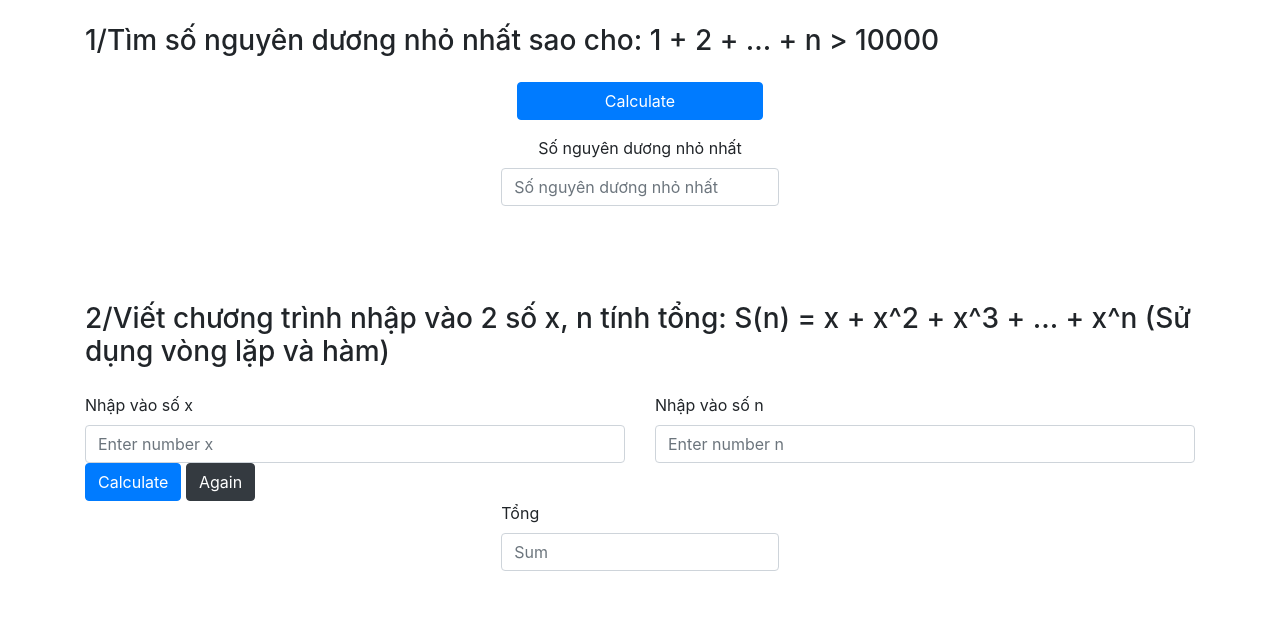
Repository: baobaodeveloper/bootcamp21__loop__HuynhAnhBao
Page: index.html
The author's editor kept a copy of each file at every save. The page is drawn from the files as they stood at one save, then again after the next save.
The browser window is 1280 px wide. The pictures show the whole page.

Above is the page before, as saved 2022-03-16 23:22:37.

### index.html
<!DOCTYPE html>
<html lang="en">
  <head>
    <title>Exercise Js</title>
    <!-- Required meta tags -->
    <meta charset="utf-8" />
    <meta
      name="viewport"
      content="width=device-width, initial-scale=1, shrink-to-fit=no"
    />

    <!-- Bootstrap CSS -->
    <link
      rel="stylesheet"
      href="https://stackpath.bootstrapcdn.com/bootstrap/4.3.1/css/bootstrap.min.css"
      integrity="sha384-ggOyR0iXCbMQv3Xipma34MD+dH/1fQ784/j6cY/iJTQUOhcWr7x9JvoRxT2MZw1T"
      crossorigin="anonymous"
    />
  </head>
  <body>
    <!--1/Tìm số nguyên dương nhỏ nhất sao cho:
    1 + 2 + … + n > 10000-->
    <div class="container mt-4">
      <h3>1/Tìm số nguyên dương nhỏ nhất sao cho: 1 + 2 + … + n > 10000</h3>
      <div class="mb-3 flex-md-column d-flex w-25 m-auto text-center">
        <button type="button" id="min-number" class="btn btn-primary m-3">
          Calculate
        </button>
        <label class="form-label">Số nguyên dương nhỏ nhất</label>
        <input
          type="email"
          class="form-control"
          id="result1"
          placeholder="Số nguyên dương nhỏ nhất"
        />
      </div>
    </div>

    <!--2/Viết chương trình nhập vào 2 số x, n tính tổng: S(n) = x + x^2 + x^3 + … + x^n (Sử
    dụng vòng lặp và hàm)-->
    <div class="container mt-5 pt-5">
      <h3>
        2/Viết chương trình nhập vào 2 số x, n tính tổng: S(n) = x + x^2 + x^3 +
        … + x^n (Sử dụng vòng lặp và hàm)
      </h3>
      <div class="row mt-4">
        <div class="col">
          <label class="form-label">Nhập vào số x</label>
          <input
            type="text"
            class="form-control"
            placeholder="Enter number x"
            id="number-x"
          />
        </div>
        <div class="col">
          <label class="form-label">Nhập vào số n</label>
          <input
            type="text"
            class="form-control"
            placeholder="Enter number n"
            id="number-n"
          />
        </div>
      </div>

      <div class="m-auto">
        <button type="button" id="calculate-sum" class="btn btn-primary">
          Calculate
        </button>
        <button type="button" id="calculate-sum" class="btn btn-dark">
          Again
        </button>
      </div>

      <div class="w-25 m-auto">
        <label class="form-label">Tổng</label>
        <input
          type="email"
          class="form-control"
          id="result2"
          placeholder="Sum"
        />
      </div>
    </div>

    <!-- Optional JavaScript -->
    <!-- jQuery first, then Popper.js, then Bootstrap JS -->
    <script
      src="https://code.jquery.com/jquery-3.3.1.slim.min.js"
      integrity="sha384-q8i/X+965DzO0rT7abK41JStQIAqVgRVzpbzo5smXKp4YfRvH+8abtTE1Pi6jizo"
      crossorigin="anonymous"
    ></script>
    <script
      src="https://cdnjs.cloudflare.com/ajax/libs/popper.js/1.14.7/umd/popper.min.js"
      integrity="sha384-UO2eT0CpHqdSJQ6hJty5KVphtPhzWj9WO1clHTMGa3JDZwrnQq4sF86dIHNDz0W1"
      crossorigin="anonymous"
    ></script>
    <script
      src="https://stackpath.bootstrapcdn.com/bootstrap/4.3.1/js/bootstrap.min.js"
      integrity="sha384-JjSmVgyd0p3pXB1rRibZUAYoIIy6OrQ6VrjIEaFf/nJGzIxFDsf4x0xIM+B07jRM"
      crossorigin="anonymous"
    ></script>

    <!-- <script src="exercise1.js"></script> -->
    <script src="exercise2.js"></script>
  </body>
</html>

### exercise2.js
const numX = document.getElementById("number-x");
const numN = document.getElementById("number-n");
document.getElementById("calculate-sum").addEventListener("click", () => {
  if (numN.value && numX.value) {
    let numXValue = +numX.value;
    let numNValue = +numN.value;
    let sum = 0;
    for (let i = 1; i <= numNValue; i++) {
      sum += numXValue ** i;
    }
    console.log(sum);
  }
});

After the next save:
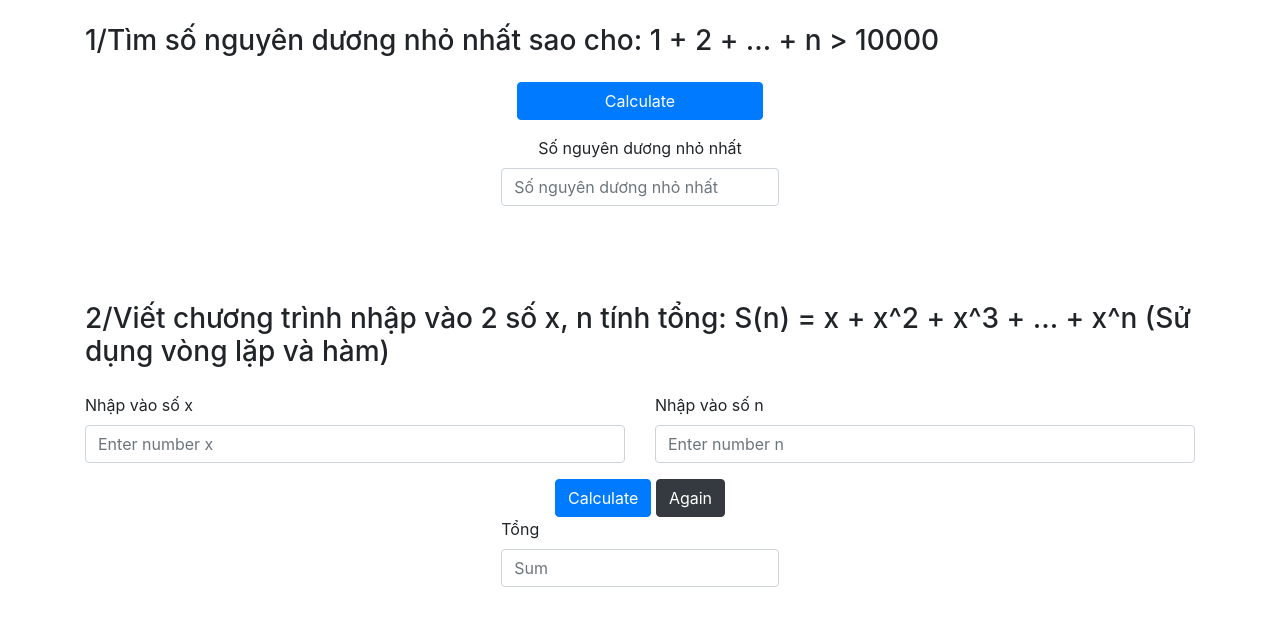
Saved 13 s later.
--- a/index.html
+++ b/index.html
@@ -64,7 +64,7 @@
         </div>
       </div>
 
-      <div class="m-auto">
+      <div class="mt-3 text-center">
         <button type="button" id="calculate-sum" class="btn btn-primary">
           Calculate
         </button>
